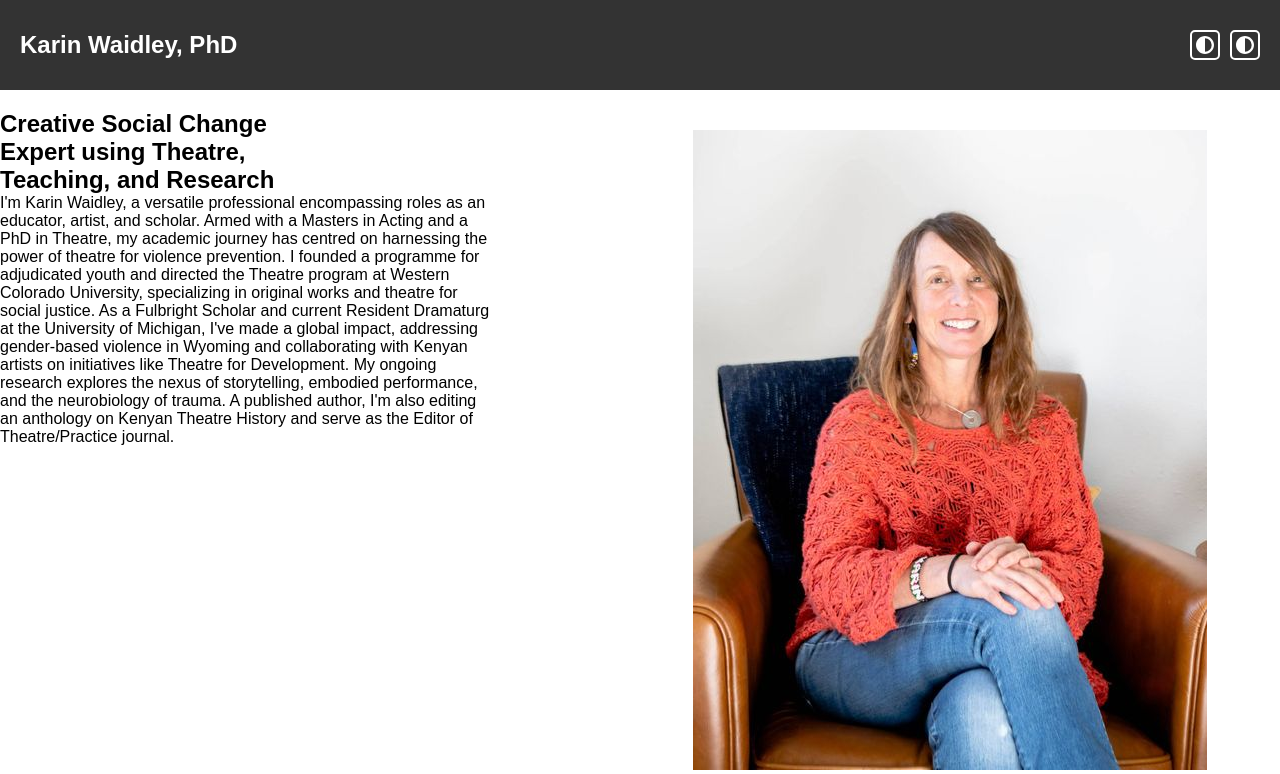
Repository: Ceasor7/Karin
Page: index.html
The author's editor kept a copy of each file at every save. The page is drawn from the files as they stood at one save, then again after the next save.
The browser window is 1280 px wide. The pictures show the whole page.

Above is the page before, as saved 2023-12-14 13:35:11.

### index.html
<!DOCTYPE html>
<html lang="en">

<head>
    <meta charset="UTF-8">
    <meta name="viewport" content="width=device-width, initial-scale=1.0">
    <title>Karin Waidley, PhD | Home</title>
    <style>
        /* Resetting some default styles for better consistency */
        body,
        h1,
        h2,
        h3,
        p,
        ul,
        li {
            margin: 0;
            padding: 0;
            list-style: none;
        }

        /* Global styles */
        body {
            font-family: Arial, sans-serif;
        }

        /* Navbar styles */
        header {
            background-color: #333;
            color: white;
            padding: 10px 0;
        }

        .navbar {
            display: flex;
            justify-content: space-between;
            align-items: center;
            padding: 20px;
        }

        .navbar-logo {
            font-size: 1.5em;
            font-weight: bold;
        }

        .navbar-icons {
            display: flex;
            gap: 10px;
        }

        .dark-mode-toggle {
            color: var(--secondary-color);
            border: 2px solid currentColor;
            padding: 4px;
            background: transparent;
            cursor: pointer;
            border-radius: 5px;
            width: 30px;
            height: 30px;
        }

        /* Main content styles */
        section {
            margin-top: 20px;
        }

        /* Contact form styles */
        form {
            max-width: 600px;
            margin: 0 auto;
        }

        label {
            display: block;
            margin-bottom: 8px;
        }

        input,
        textarea,
        select {
            width: 100%;
            padding: 8px;
            margin-bottom: 16px;
            box-sizing: border-box;
        }

        /* New section styles */
        .image-section {
            text-align: center;
            margin-top: 20px;
        }

        .image-section img {
            max-width: 100%;
            height: auto;
        }

        /* Add this CSS to make the two divs beside each other */
        .flex-container {
            display: flex;
            justify-content: space-between;
            margin-top: 20px;
        }

        .flex-container>div {
            flex: 1;
            margin-right: 20px;
        }

        /* Home */
        .home-details {
            text-align: left;
            margin-right: 20px;
        }

        .home-details p {
            width: 80%;
        }

        /* Home */
    </style>
</head>

<body>
    <header>
        <div class="navbar">
            <div class="navbar-logo">Karin Waidley, PhD</div>
            <div class="navbar-icons">
                <button id="dark-mode-toggle" class="dark-mode-toggle">
                    <svg width="100%" xmlns="http://www.w3.org/2000/svg" viewBox="0 0 496 496">
                        <path fill="currentColor"
                            d="M8,256C8,393,119,504,256,504S504,393,504,256,393,8,256,8,8,119,8,256ZM256,440V72a184,184,0,0,1,0,368Z"
                            transform="translate(-8 -8)" />
                    </svg>
                </button>
                <button id="dark-mode-toggle" class="dark-mode-toggle">
                    <svg width="100%" xmlns="http://www.w3.org/2000/svg" viewBox="0 0 496 496">
                        <path fill="currentColor"
                            d="M8,256C8,393,119,504,256,504S504,393,504,256,393,8,256,8,8,119,8,256ZM256,440V72a184,184,0,0,1,0,368Z"
                            transform="translate(-8 -8)" />
                    </svg>
                </button>
            </div>
        </div>
    </header>
    <div class="flex-container">
        <div class="home-details">
            <h2>Creative Social Change<br> Expert using Theatre, <br>Teaching, and Research</h2>
            <p>I'm Karin Waidley, a versatile professional encompassing roles as an educator, artist, and scholar. Armed
                with a Masters in Acting and a PhD in Theatre, my academic journey has centred on harnessing the power
                of theatre for violence prevention. I founded a programme for adjudicated youth and directed the Theatre
                program at Western Colorado University, specializing in original works and theatre for social justice.
                As a Fulbright Scholar and current Resident Dramaturg at the University of Michigan, I've made a global
                impact, addressing gender-based violence in Wyoming and collaborating with Kenyan artists on initiatives
                like Theatre for Development. My ongoing research explores the nexus of storytelling, embodied
                performance, and the neurobiology of trauma. A published author, I'm also editing an anthology on Kenyan
                Theatre History and serve as the Editor of Theatre/Practice journal.</p>
        </div>
        <!-- New section with image -->
        <div class="image-section">
            <img src="images/Karin.jpeg" alt="Karin Waidley">
        </div>
    </div>

</body>

</html>

After the next save:
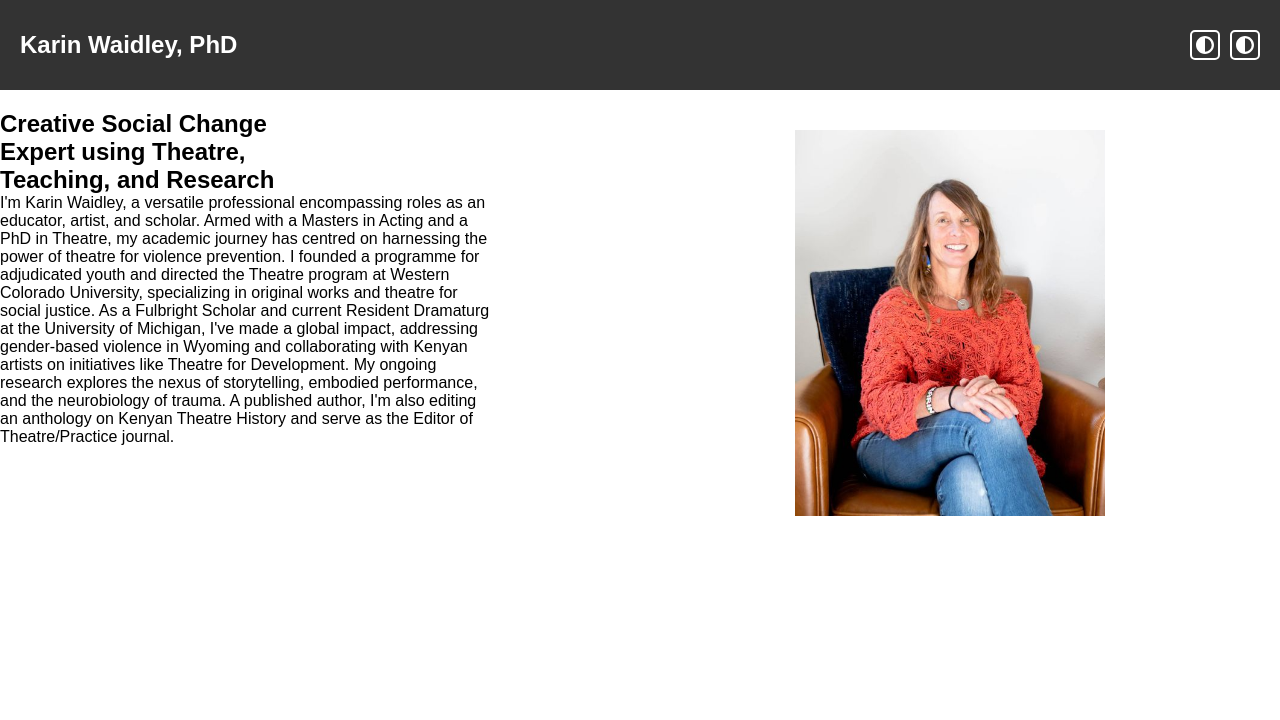
Saved 35 s later.
--- a/index.html
+++ b/index.html
@@ -91,7 +91,7 @@
         }
 
         .image-section img {
-            max-width: 100%;
+            max-width: 50%;
             height: auto;
         }
 
